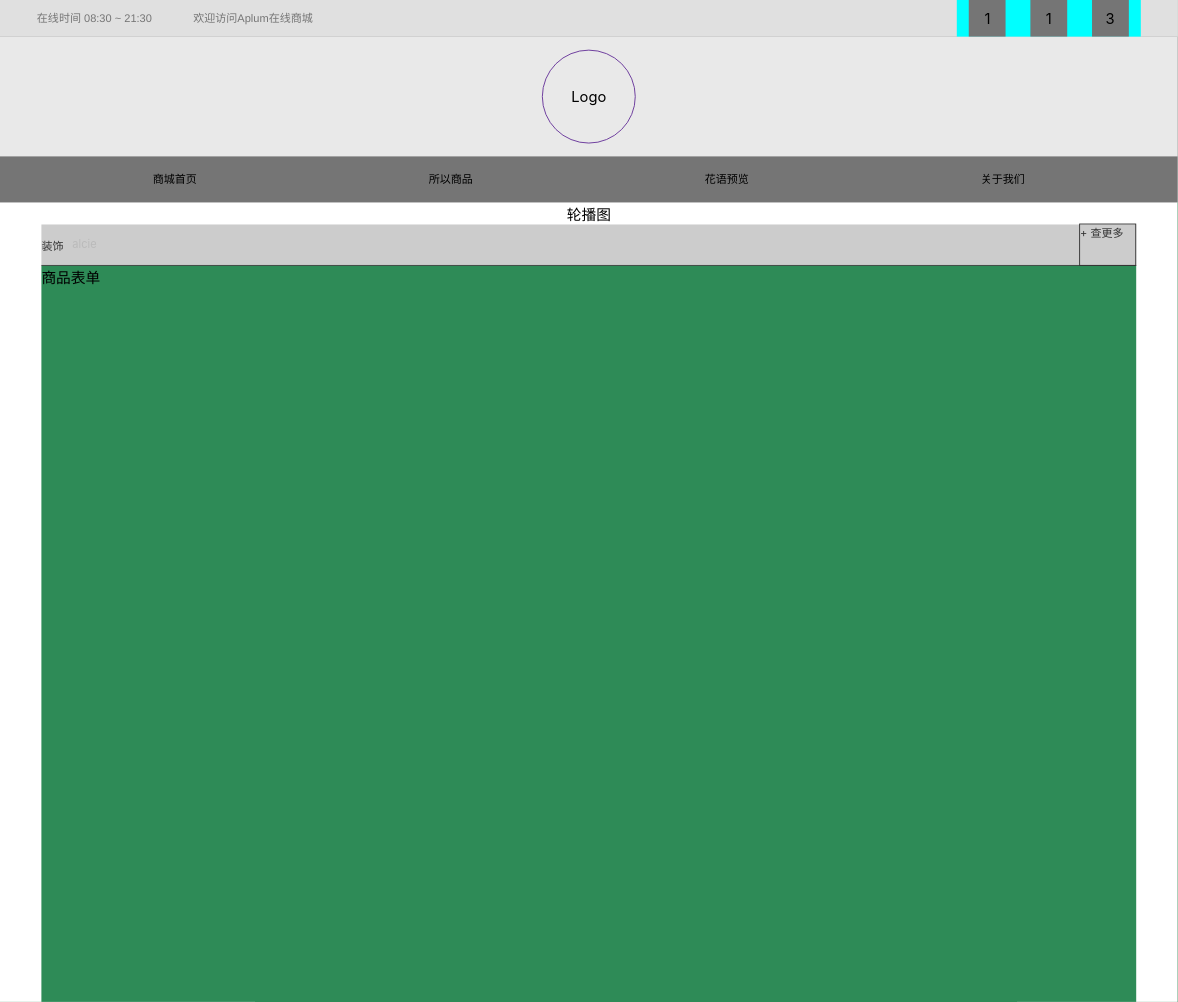
Repository: Alicehhhmm/aplum
Page: /
These files come from the project's save history. The page is drawn as it stood at one moment and after a run of saves; the edit follows.
The browser window is 1280 px wide. The pictures show the whole page, at 92% of full size.
The project was rebuilt for these pictures with package versions that can differ from the ones it lists, and the page was loaded fresh each time. Also part of the build but not shown: src/components/footer/index.jsx, src/components/carousel/index.scss, src/App.css.

Above is the page before, as saved 2021-10-11 16:42:46.

After the next 2 saves:
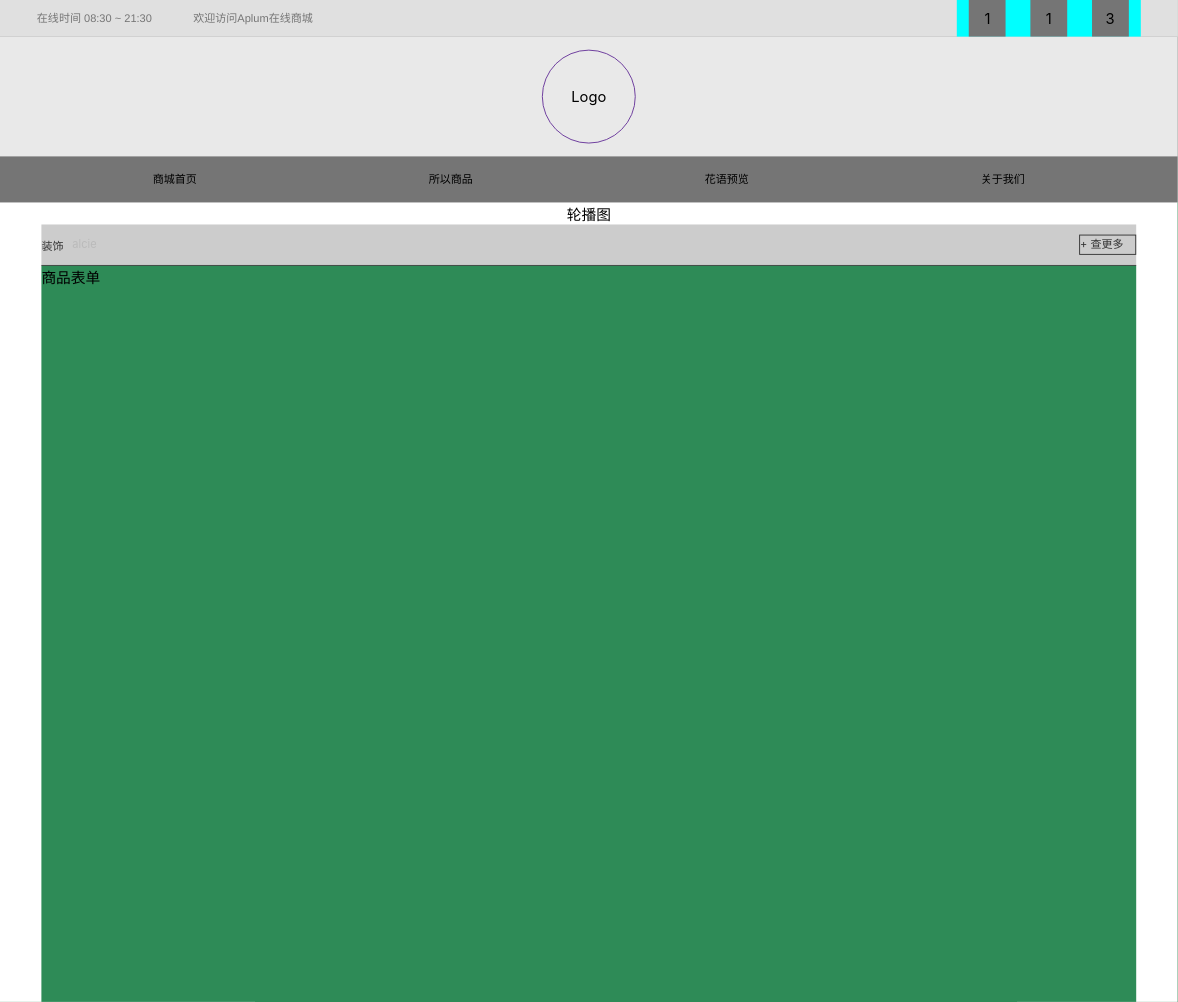
The 2 saves are shown as one change because they came seconds apart.
The last was saved 11 s later.
--- a/src/components/productList/topList/index.scss
+++ b/src/components/productList/topList/index.scss
@@ -21,7 +21,7 @@
     }
     .modrt{
         width: 60px;
-        height: 44px;
+        height: 20px;
         border: #333 solid 1px;
         font-size: 12px;
         color: #333;
